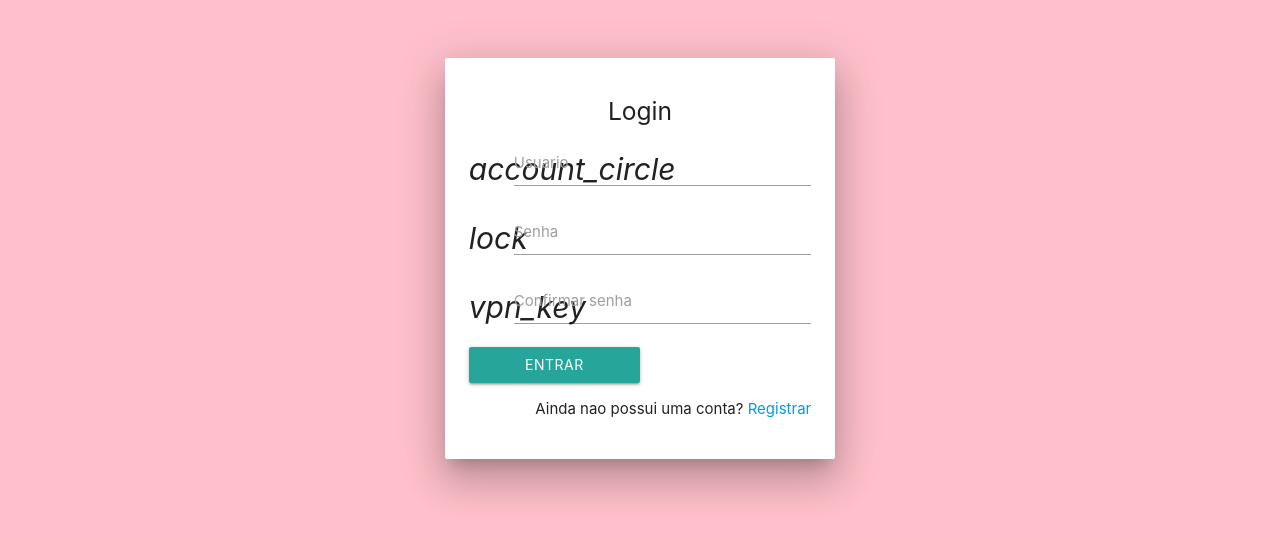
Repository: luizasilveira/TechWeb
Page: http://localhost/techWebP1/login.jsp
The author's editor kept a copy of each file at every save. The page is drawn from the files as they stood at one save, then again after the next save.
The browser window is 1280 px wide. The pictures show the whole page.
The page is served by Tomcat 9. Other server files are loaded and not shown.

Above is the page before, as saved 2019-09-10 12:37:14.

### Projeto1/techWebP1/WebContent/login.jsp
<%@ page language="java" contentType="text/html; charset=ISO-8859-1"
	pageEncoding="ISO-8859-1"%>
<!DOCTYPE html>
<html>
<head>
<meta charset="ISO-8859-1">
<title>Login</title>
<link href="https://fonts.googleapis.com/icon?family=Material+Icons"
	rel="stylesheet">
<!--Import materialize.css-->
<link rel="stylesheet"
	href="https://cdnjs.cloudflare.com/ajax/libs/materialize/1.0.0/css/materialize.min.css">


<style>
body {
background-color: pink;
	width: 100%;
	margin: auto;
	padding: 50px;
	text-align: center;
}
</style>

<style>
submit{
color: red;

}

</style>
</head>

<body>


	<div class="container" id="content">


		<div class="row">
			<div class="col l3 m3 s12"></div>
			<div class="col l6 m6 s12">
				<form action="" method="POST">
					<div class="card-panel z-depth-5">
						<h5 class="center">Login</h5>
						<div class="input-field">
							<i class="material-icons prefix">account_circle</i> <input
								type="text" name="username"> <label> Usuario</label>
						</div>


						<div class="input-field">
							<i class="material-icons prefix">lock</i> <input type="password"
								name="pass1"> <label>Senha</label>
						</div>


						<div class="input-field">
							<i class="material-icons prefix">vpn_key</i> <input
								type="password" name="pass2"> <label>Confirmar
								senha</label>
						</div>

						<input type="submit" name="submit" value="Entrar"
							class="btn left col s6">

						<p class="right">
							Ainda nao possui uma conta? <a href="#login"
								class="modal-trigger">Registrar</a>
						</p>

						<div class="clearfix"></div>
					</div>
				</form>

			</div>

		</div>
	</div>






	<script src="https://code.jquery.com/jquery-1.12.0.min.js"></script>
	<script
		src="https://cdnjs.cloudflare.com/ajax/libs/materialize/1.0.0/js/materialize.min.js"></script>

After the next save:
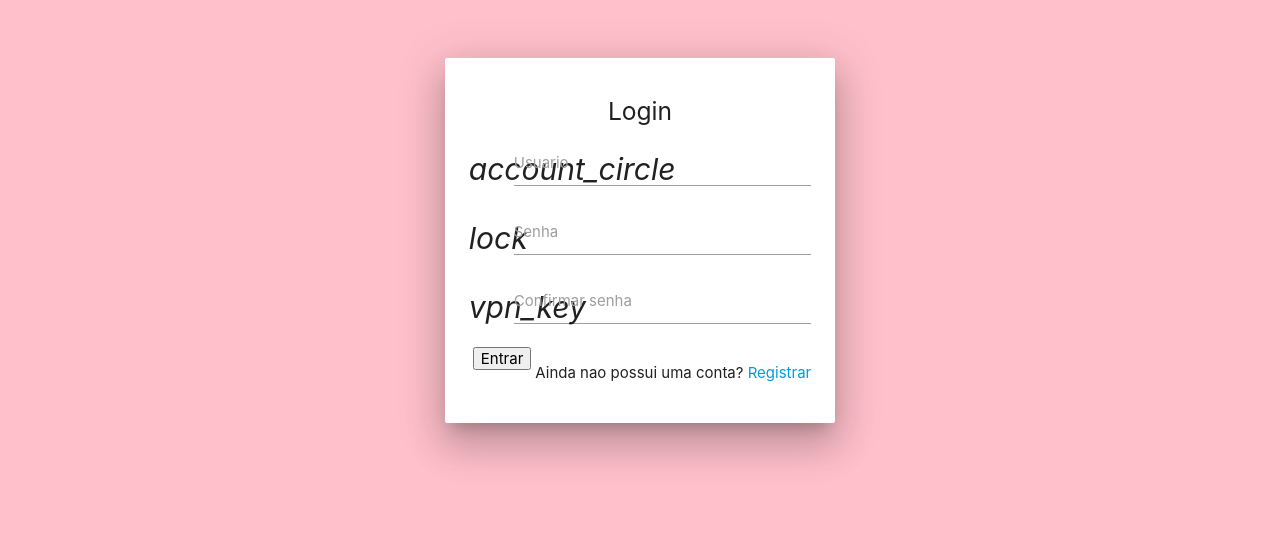
Saved 56 s later.
--- a/Projeto1/techWebP1/WebContent/login.jsp
+++ b/Projeto1/techWebP1/WebContent/login.jsp
@@ -62,7 +62,7 @@ color: red;
 						</div>
 
 						<input type="submit" name="submit" value="Entrar"
-							class="btn left col s6">
+							class="send">
 
 						<p class="right">
 							Ainda nao possui uma conta? <a href="#login"
